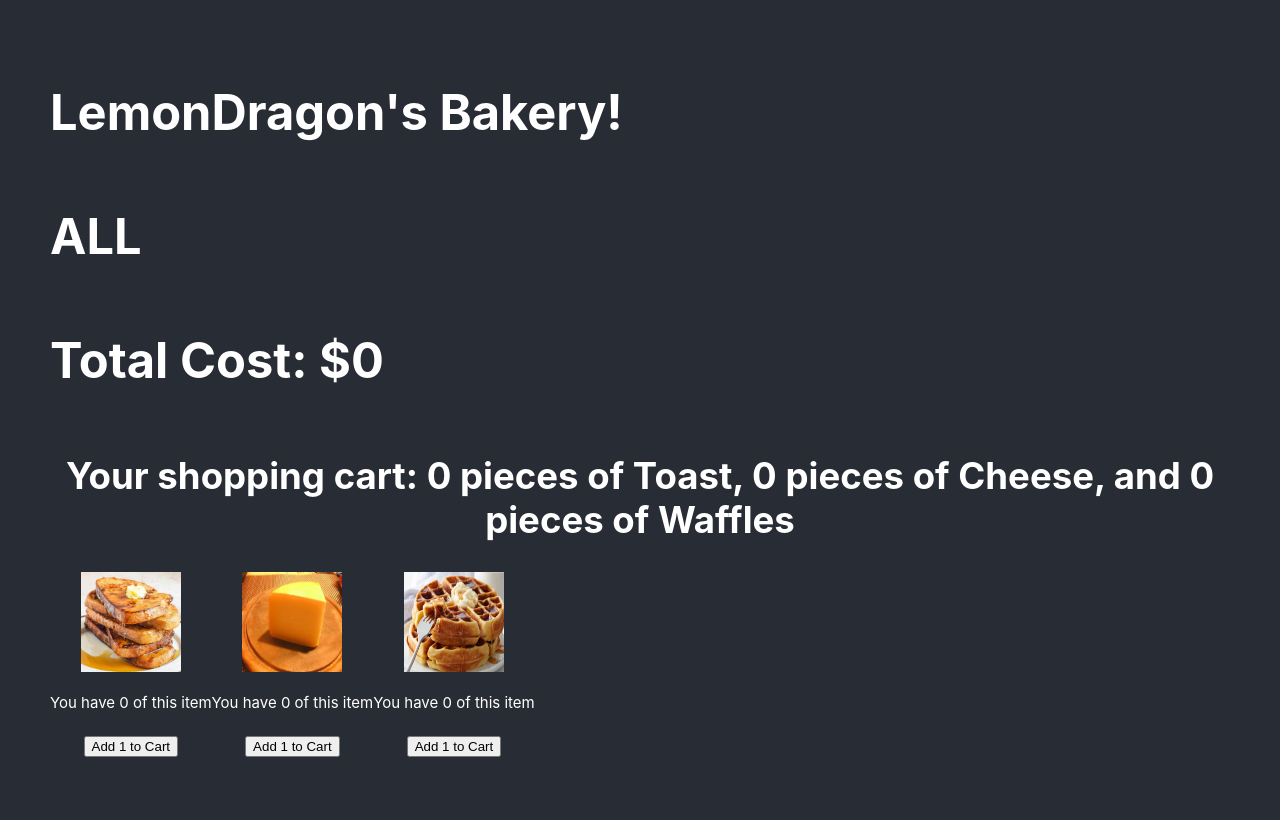
Repository: happydragon200/development
Page: /
The author's editor kept a copy of each file at every save. The page is drawn from the files as they stood at one save, then again after a run of saves.
The browser window is 1280 px wide. The pictures show the whole page.
The project was rebuilt for these pictures with package versions that can differ from the ones it lists, and the page was loaded fresh each time.

Above is the page before, as saved 2022-12-02 00:36:01.

### src/App.js
import React, { useState } from 'react'
import baguette from './images/baguette.jpg'
import toast from './images/toast.png'
import cheese from './images/cheese.jpg'
import waffle from './images/waffle.jpg'
import Container from 'react-bootstrap/Container'
import Nav from 'react-bootstrap/Nav'
import Navbar from 'react-bootstrap/Navbar'
import NavDropdown from 'react-bootstrap/NavDropdown'
import './App.css'

function App() {
  return (
    <div>
      <div className="App">
        <header className="App-header">
          <h1>LemonDragon's Bakery!</h1>
          <Menu />
        </header>
      </div>
    </div>
  )
}

function FilterBar() {
  // const { p1, p2 } = props

  const typeButton = FilterButton(selected, changeSelected)
  const largeButton = FilterButton(selected, changeSelected)

  const buttons = [typeButton, largeButton]

  const [selected, changeSelected] = useState([])

  return (
    <div>
      {buttons}
      {selected}
    </div>
  )
}

// function clickChange() {

// }

function FilterButton(props) {
  const { isChecked, setIsChecked } = props

  const clickChange = () => {
    setIsChecked(!isChecked)
  }

  return (
    <input
      type="checkbox"
      id="topping"
      name="topping"
      value="Paneer"
      checked={isChecked}
      onChange={clickChange}
    />
  )
}

function Menu() {
  const [toast_count, toast_setcount] = useState(0)
  const [cheese_count, cheese_setcount] = useState(0)
  const [waffle_count, waffle_setcount] = useState(0)

  const toast_price = 5
  const cheese_price = 10
  const waffle_price = 100

  const [type, setType] = useState('ALL')

  var foods = [
    {
      name: 'toast',
      type: 'bread',
      price: 5,
      img: { toast },
      count: { toast_count },
    },
    {
      name: 'cheese',
      type: 'protein',
      price: 10,
      img: { cheese },
      count: { cheese_count },
    },
    {
      name: 'waffle',
      type: 'bread',
      price: 100,
      img: { waffle },
      count: { waffle_count },
    },
  ]

  return (
    <>
      {/* <FilterBar /> */}
      <h1>{type}</h1>
      <h1>
        Total Cost: $
        {toast_count * toast_price +
          cheese_count * cheese_price +
          waffle_count * waffle_price}
      </h1>
      <h2>
        Your shopping cart: {toast_count} pieces of Toast, {cheese_count} pieces
        of Cheese, and {waffle_count} pieces of Waffles
      </h2>

      <div className="flex-parent">
        <BakeryItem
          className="inline"
          img={toast}
          count={toast_count}
          setCount={toast_setcount}
        />
        <BakeryItem
          className="inline"
          img={cheese}
          count={cheese_count}
          setCount={cheese_setcount}
        />
        <BakeryItem
          className="inline"
          img={waffle}
          count={waffle_count}
          setCount={waffle_setcount}
        />
      </div>

      {/* <FilterBar
      p1={p1}
      p2={p2}
      /> */}
    </>
  )
}

function BakeryItem(prop) {
  const { img, count, setCount } = prop

  return (
    <div>
      <img src={img} className="Item-small" />
      <p className="smull">You have {count} of this item</p>
      <button onClick={() => setCount(count + 1)}>Add 1 to Cart</button>

      {count > 0 && (
        <button onClick={() => setCount(count - 1)}>Remove 1 from Cart</button>
      )}
    </div>
  )
}

export default App

### src/App.css
.App {
  text-align: center;
}

.App-logo {
  height: 40vmin;
  pointer-events: none;
}

@media (prefers-reduced-motion: no-preference) {
  .App-logo {
    animation: App-logo-spin infinite 20s linear;
  }
}

.App-header {
  background-color: #282c34;
  min-height: 100vh;
  display: flex;
  flex-direction: column;
  align-items: flex-start;
  justify-content: flex-start;
  font-size: calc(10px + 2vmin);
  padding: 50px 50px 50px 50px;
  color: white;
}

.App-link {
  color: #61dafb;
}

.Item-small {
  height: 100px;
  width: 100px;
}

.inline {
  justify-content: space-around;
}

.flex-parent {
  display: flex;
  justify-content: space-around;

}

.smull {
  font-size: 15px;
}

@keyframes App-logo-spin {
  from {
    transform: rotate(0deg);
  }
  to {
    transform: rotate(360deg);
  }
}

Loaded but not shown: public/index.html (common file); src/index.js (common file); src/index.css (common file)

After the next 2 saves:
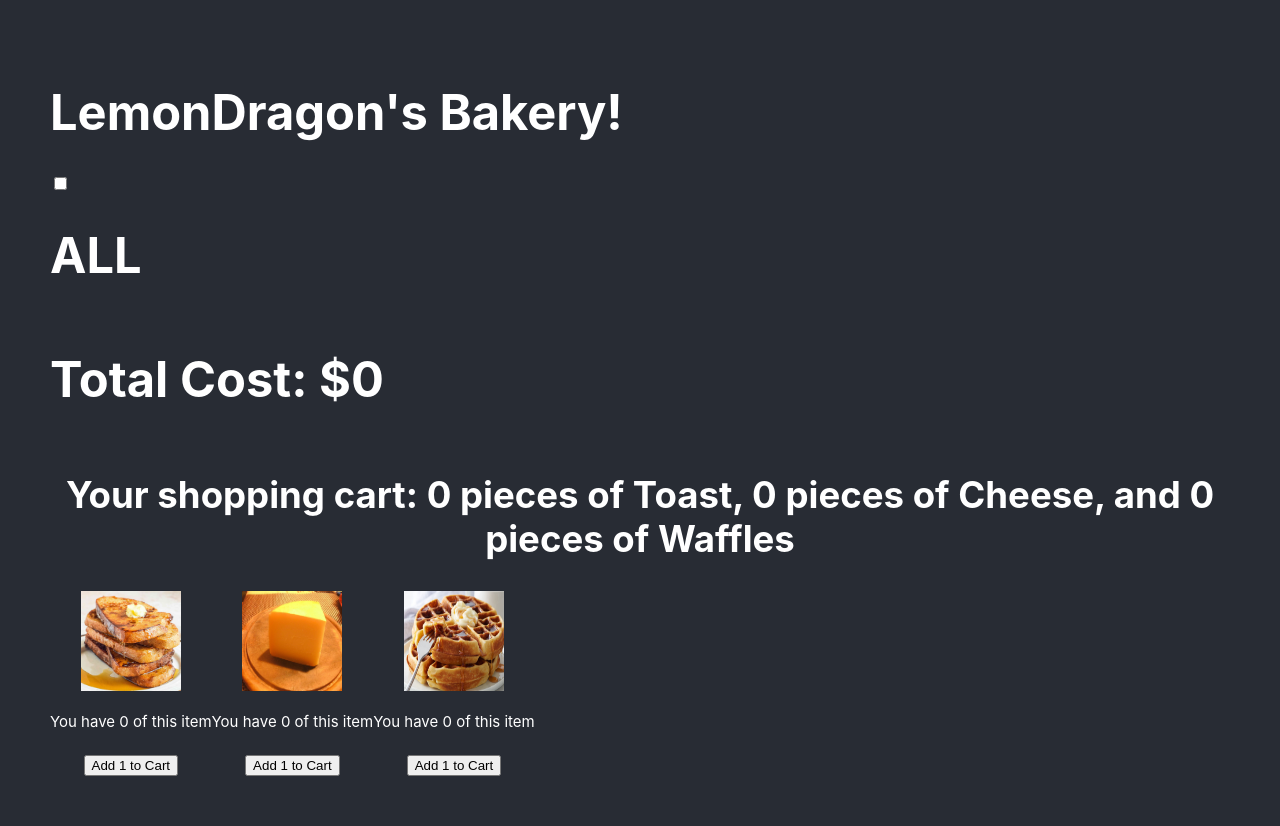
The 2 saves are shown as one change because 1 did not build or start.
The last was saved 37 s later.
--- a/src/App.js
+++ b/src/App.js
@@ -100,7 +100,7 @@ function Menu() {
 
   return (
     <>
-      {/* <FilterBar /> */}
+      <FilterButton />
       <h1>{type}</h1>
       <h1>
         Total Cost: $
